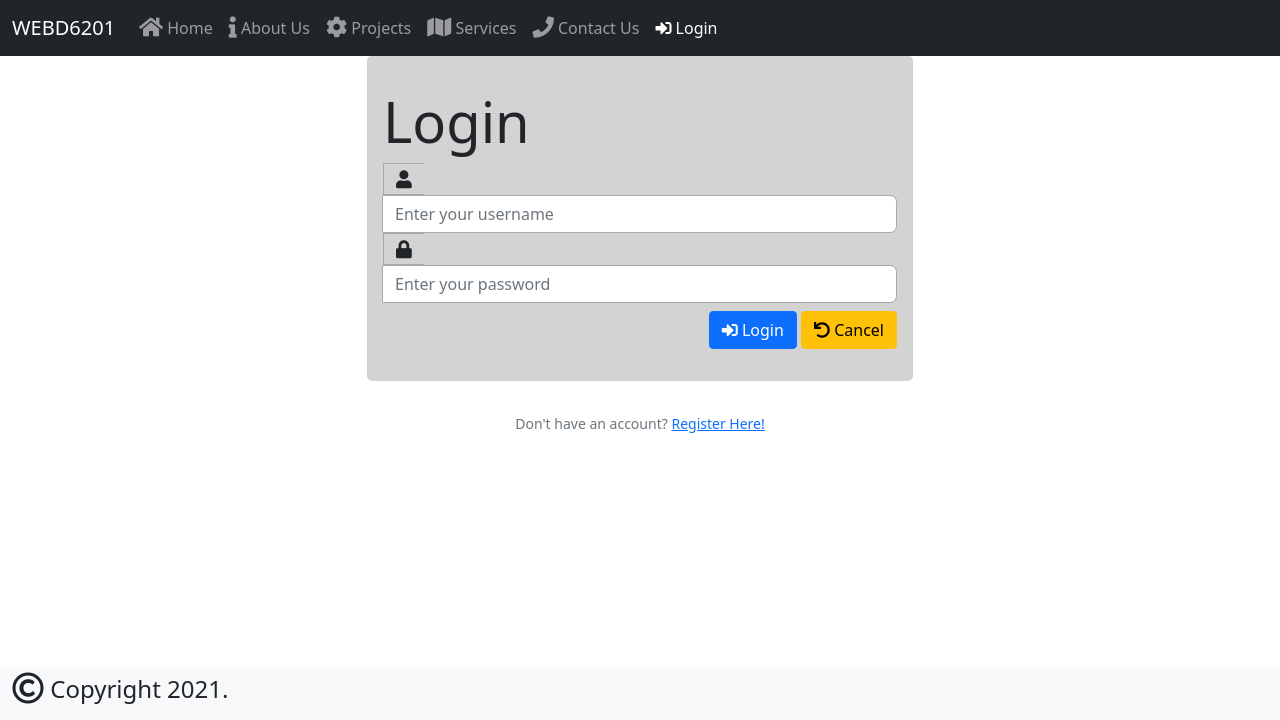
Repository: GarlicButterBoy/WEBD6201-ICE06
Page: login.html
An editor plug-in stored every save of this project. The page is shown before and after the next save, followed by the edit.
The browser window is 1280 px wide. The pictures show the whole page.

Above is the page before, as saved 2021-03-03 09:00:24.

After the next save:
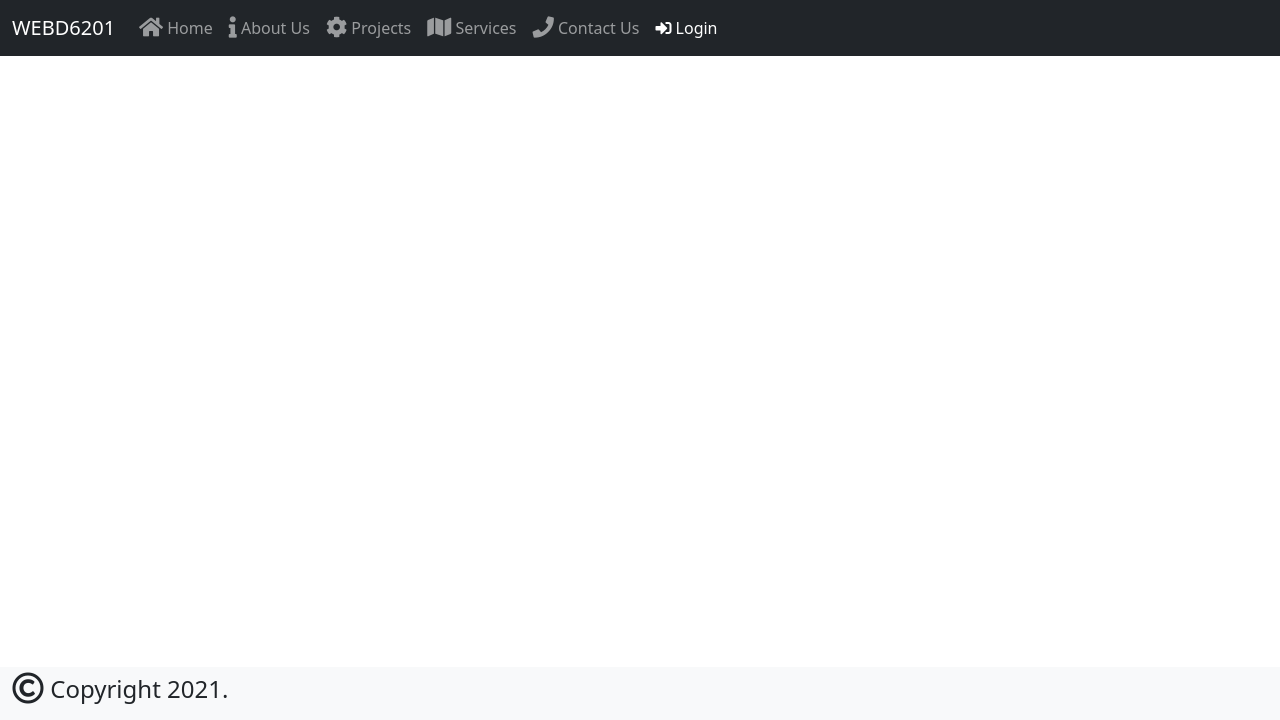
Saved 21 s later.
--- a/login.html
+++ b/login.html
@@ -53,48 +53,7 @@
 
     <!-- Main Content -->
     <main class="container" id="mainContent">
-      <div class="row">
-          <div class="offset-md-3 col-md-6 col-sm-12">
-                <div class="login" id="contentArea">
-                    <h1 class="display-4">Login</h1>
-                    <div id="messageArea"></div>
 
-                    <form id="loginForm" novalidate>
-                      <div class="form-group">
-                        <div class="input-group">
-                          <span class="input-group-addon">
-                            <i class="fa fa-user">
-                            </i>
-                          </span>
-                          <input type="text" class="form-control" id="username" name="username"  required
-                          value="" placeholder="Enter your username">
-                        </div>
-                      </div>
-
-                      <div class="form-group mb-2">
-                        <div class="input-group">
-                          <span class="input-group-addon">
-                            <i class="fa fa-lock">
-                            </i>
-                          </span>
-                          <input type="password" class="form-control" id="password" name="password"  required
-                          value="" placeholder="Enter your password">
-                        </div>
-
-                      </div>
-                      <div class="text-end">
-                        <button id="loginButton" type="button" class="btn btn-primary"><i class="fas fa-sign-in-alt"></i> Login</button>
-                        <button id="cancelButton" type="button" class="btn btn-warning"><i class="fas fa-undo"></i> Cancel</button>
-                      </div>
-                    </form>
-
-                </div>
-                <p class="text-center text-muted small">
-                  Don't have an account?
-                  <a href="register.html">Register Here!</a>
-                </p>
-          </div>
-      </div>
   </main>
 
     <!-- Main Footer -->
